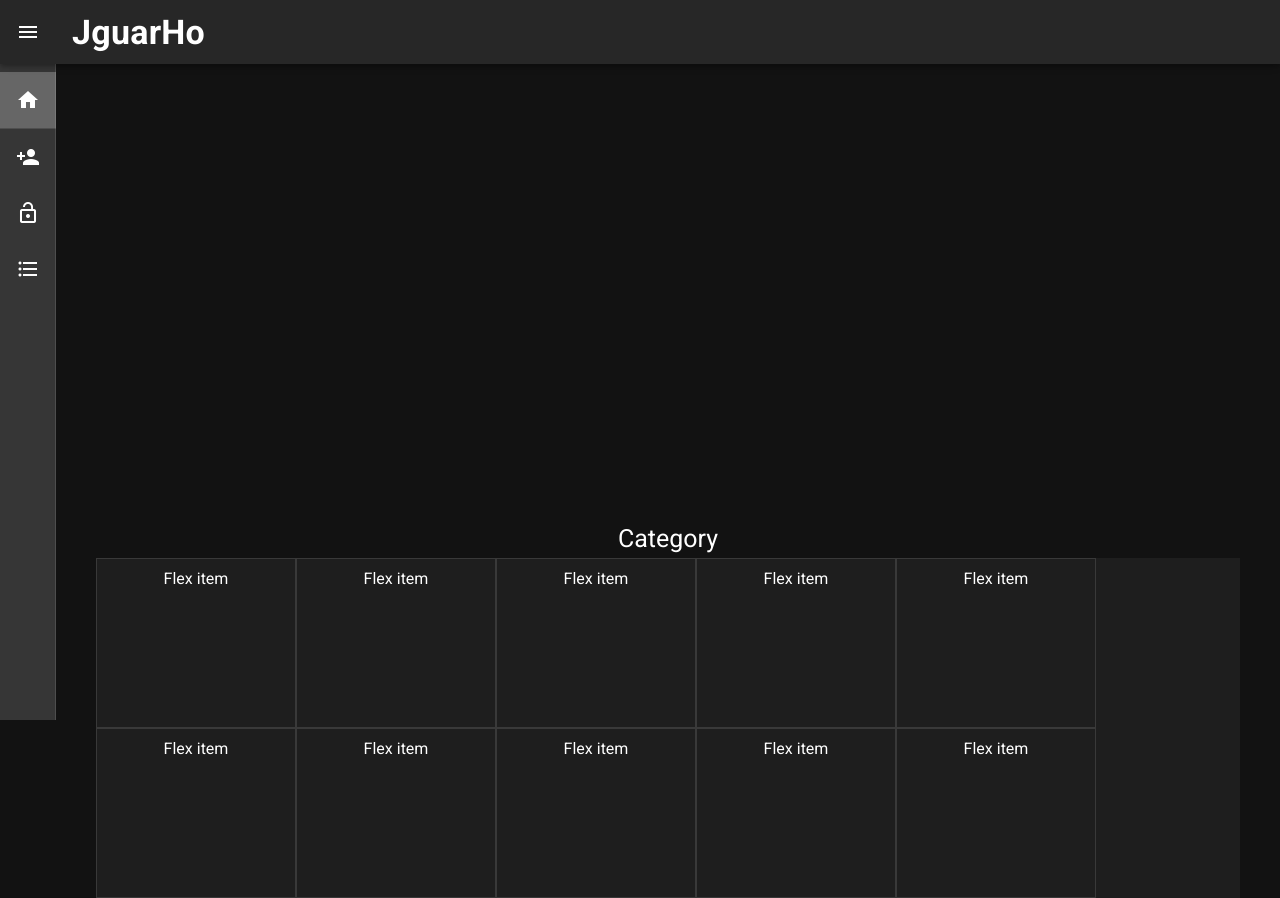
Repository: agent501/MRMS
Page: /
These files come from the project's save history. The page is drawn as it stood at one moment and after the next save; the edit follows.
The browser window is 1280 px wide. The pictures show the whole page.
The page's requests for data from a server got no answer. The project was rebuilt for these pictures with package versions that can differ from the ones it lists, and the page was loaded fresh each time. No one was signed in, and anything a server would have sent is missing. Also part of the build but not shown: vue.config.js, src/components/Product/products.vue, src/components/Product/product.vue, src/components/Product/createproduct.vue, src/components/User/signin.vue, src/components/User/signup.vue, src/components/User/profile.vue, src/components/Shared/Alert.vue and 2 more. Imported but missing from the stored project, and not drawn on this page: src/router/auth-guard.js.

Above is the page before, as saved 2020-08-05 11:20:42.

### src/main.js
import Vue from 'vue';
import App from './App.vue';
import router from './router';
import { store } from './store';
import alert from './components/Shared/Alert.vue';
import vuetify from './plugins/vuetify';
import { fb } from './components/firebase/firebase.js';
import * as firebase from 'firebase';
import editproductdiaglog from './components/Product/Edit/editproductdialog.vue';
import editprogressbar from './components/Product/Edit/editprogressbar.vue';

Vue.component('app-alert', alert);
Vue.component('app-edit-product', editproductdiaglog);
Vue.component('app-edit-progress', editprogressbar);

Vue.config.productionTip = false;

new Vue({
  router,
  store,
  vuetify,
  render: (h) => h(App),
  created() {
    fb;
    firebase.auth().onAuthStateChanged((user) => {
      if (user) {
        this.$store.dispatch('autosignin', user);
      }
    });
    this.$store.dispatch('loadProducts');
  },
}).$mount('#app');

### src/App.vue
<template>
  <v-app>
    <v-navigation-drawer v-model="drawer" :mini-variant.sync="mini" app clipped dense permanent>
      <v-list>
        <v-list-item to="/">
          <v-list-item-icon>
            <v-icon medium>home</v-icon>
          </v-list-item-icon>

          <v-list-item-content>
            <v-list-item-title>Home</v-list-item-title>
          </v-list-item-content>
        </v-list-item>

        <v-divider></v-divider>
        <v-list-item v-for="item in menuItems" :key="item.title" router :to="item.link">
          <v-list-item-icon>
            <v-icon medium>{{ item.icon }}</v-icon>
          </v-list-item-icon>

          <v-list-item-content>
            <v-list-item-title>{{ item.text }}</v-list-item-title>
          </v-list-item-content>
        </v-list-item>
        <v-list-item v-if="userIsAuthenticated || adminIsAuthenticated" @click="onLogout">
          <v-list-item-icon>
            <v-icon>exit_to_app</v-icon>
          </v-list-item-icon>
          <v-list-item-content>Logout</v-list-item-content>
        </v-list-item>
      </v-list>
    </v-navigation-drawer>

    <v-app-bar app clipped-left>
      <v-app-bar-nav-icon @click.stop="mini=!mini"></v-app-bar-nav-icon>
      <v-toolbar-title class="font-weight-bold display-1">
        <router-link to="/" tag="span" style="cursor:pointer">JguarHo</router-link>
      </v-toolbar-title>
    </v-app-bar>

    <!-- Page Content -->
    <v-content>
      <router-view></router-view>
    </v-content>

    <!-- <v-footer>
      <span>JguarHo &copy; Copyright Reserved</span>
    </v-footer>-->
  </v-app>
</template>

<script>
// import HelloWorld from './components/HelloWorld';

export default {
  name: 'App',

  components: {
    // HelloWorld,
  },
  props: {
    source: String
  },
  data: () => ({
    mini: true,
    drawer: true
    // items: [
    //   { icon: 'lock_open', text: 'Sign In', link: '/signin' },
    //   { icon: 'home', text: 'Home', link: '/' },
    //   { icon: 'list', text: 'All Products', link: '/products' },
    //   { icon: 'help_outline', text: 'About Us', link: '' }
    // ]
  }),
  computed: {
    menuItems() {
      let items = [
        { icon: 'person_add', text: 'Sign Up', link: '/signup' },
        { icon: 'lock_open', text: 'Sign In', link: '/signin' },

        {
          icon: 'format_list_bulleted',
          text: 'All Products',
          link: '/products'
        }
        // { icon: 'person', text: 'About Us', link: '' }
      ];
      if (this.adminIsAuthenticated) {
        items = [
          {
            icon: 'create_new_folder',
            text: 'Create Product',
            link: '/createproduct'
          },
          {
            icon: 'format_list_bulleted',
            text: 'All Products',
            link: '/products'
          },
          {
            icon: 'person',
            text: 'Profile',
            link: '/profile/' + this.adminIsAuthenticated.id
          }
        ];
      } else if (this.userIsAuthenticated) {
        items = [
          {
            icon: 'format_list_bulleted',
            text: 'All Products',
            link: '/products'
          },
          {
            icon: 'person',
            text: 'Profile',
            link: '/profile/' + this.userIsAuthenticated.id
          }
        ];
      }
      return items;
    },
    adminIsAuthenticated() {
      return (
        this.$store.getters.user !== null &&
        this.$store.getters.user !== undefined &&
        this.$store.getters.user.id === 'ktQMfIIbLQRTlySJDVzU9JbCF293' &&
        this.$store.getters.user
      );
    },
    userIsAuthenticated() {
      return (
        this.$store.getters.user !== null &&
        this.$store.getters.user !== undefined &&
        this.$store.getters.user
      );
    }
  },
  created() {
    this.$vuetify.theme.dark = true;
  },
  methods: {
    onLogout() {
      this.$store.dispatch('logout');
      this.$router.push('/');
    }
  }
};
</script>

### src/router/index.js
import Vue from 'vue';
import VueRouter from 'vue-router';
import home from '../components/Home.vue';
import products from '../components/Product/products.vue';
import product from '../components/Product/product.vue';
import createproduct from '../components/Product/createproduct.vue';
import signin from '../components/User/signin.vue';
import signup from '../components/User/signup.vue';
import profile from '../components/User/profile.vue';
import AuthGuard from '../router/auth-guard.js';

Vue.use(VueRouter);

export default new VueRouter({
  mode: 'history',
  routes: [
    { path: '/', name: 'home', component: home },
    { path: '/products', name: 'products', component: products },
    {
      path: '/createproduct',
      name: 'createproduct',
      component: createproduct,
      beforeEnter: AuthGuard,
    },
    { path: '/signin', name: 'signin', component: signin },
    { path: '/signup', name: 'signup', component: signup },
    {
      path: '/profile/:id',
      name: 'profile',
      component: profile,
      beforeEnter: AuthGuard,
    },
    {
      path: '/products/:id',
      name: 'product',
      props: true,
      component: product,
    },
  ],
});

### src/store/index.js
import Vue from 'vue';
import Vuex from 'vuex';

import product from './product';
import user from './user';
import shared from './shared';

Vue.use(Vuex);

export const store = new Vuex.Store({
  modules: {
    product: product,
    user: user,
    shared: shared,
  },
});

### src/plugins/vuetify.js
import Vue from 'vue';
import Vuetify from 'vuetify/lib';
import '@mdi/font/css/materialdesignicons.css'; //
import 'material-design-icons-iconfont/dist/material-design-icons.css';

Vue.use(Vuetify);

export default new Vuetify({
  icons: {
    iconfont: 'mdi',
  },
});

### src/components/firebase/firebase.js
import firebase from 'firebase/app';
import 'firebase/firestore';
import 'firebase/storage';

var firebaseConfig = {
  apiKey: 'AIzaSyBJdvJyA-ac-dO3JYy-4WKY7wIkma-Y1fI',
  authDomain: 'mrms-2ae69.firebaseapp.com',
  databaseURL: 'https://mrms-2ae69.firebaseio.com',
  projectId: 'mrms-2ae69',
  storageBucket: 'mrms-2ae69.appspot.com',
  messagingSenderId: '287673096935',
  appId: '1:287673096935:web:7f7f75dea0b5657353e042',
  measurementId: 'G-EKPLN37GXX',
};

export const fb = firebase.initializeApp(firebaseConfig);

### src/components/Home.vue
<template>
  <div class="mx-10" style="max-width:1800px">
    <v-layout>
      <v-flex xs12 class="text-xs-center" v-if="!loading">
        <v-progress-circular
          indeterminate
          class="primary--text"
          :width="7"
          :size="70"
          v-if="loading"
        ></v-progress-circular>
      </v-flex>
    </v-layout>

    <v-carousel
      cycle
      class="mt-4"
      height="400"
      hide-delimiters
      show-arrows-on-hover
      width="100%"
      style="cursor:pointer"
    >
      <v-carousel-item
        v-for="product in products"
        :key="product.id"
        @click="onLoadProduct(product.id)"
      >
        <div class="text-right">
          <span class="title">{{ product.name }}</span>
        </div>
        <img :src="product.featureimage" style="height: 100%; width: 100%; object-fit: contain" />
      </v-carousel-item>
    </v-carousel>

    <div>
      <div class="mt-10 text-center" style="font-size:25px">Category</div>
      <div>
        <v-card class="d-flex flex-wrap text-center" width="1200" flat tile>
          <v-card
            v-for="n in 10"
            :key="n"
            class="pa-2"
            width="200"
            height="170"
            outlined
            tile
          >Flex item</v-card>
        </v-card>
      </div>
    </div>
  </div>
</template>

<script>
export default {
  // data: () => ({
  //   images: [
  //     {
  //       src: 'https://cdn.vuetifyjs.com/images/carousel/squirrel.jpg',
  //       title: 'image1asdasdasdsadasdasdsadasdasd',
  //       id: 'asdad123'
  //     },
  //     {
  //       src: 'https://cdn.vuetifyjs.com/images/carousel/sky.jpg',
  //       title: 'image2',
  //       id: 'asdasd1223'
  //     },
  //     {
  //       src: 'https://cdn.vuetifyjs.com/images/carousel/bird.jpg',
  //       title: 'image3',
  //       id: 'asdad13223'
  //     },
  //     {
  //       src: 'https://cdn.vuetifyjs.com/images/carousel/planet.jpg',
  //       title: 'image4',
  //       id: 'asdaasd1123'
  //     }
  //   ]
  // }),
  computed: {
    products() {
      return this.$store.getters.featuredProducts;
    },
    loading() {
      return this.$store.getters.loading;
    },
  },
  methods: {
    onLoadProduct(id) {
      this.$router.push('/products/' + id);
    },
  },
};
</script>

<style scoped>
.title {
  background-color: rgba(235, 235, 235, 0.897);
  color: black;

  padding: 10px 30px;
}
</style>

### src/store/product/index.js
import * as firebase from 'firebase';

export default {
  state: {
    loadedProducts: [],
  },
  mutations: {
    createProduct(state, payload) {
      state.loadedProducts.push(payload);
    },
    setLoadedProducts(state, payload) {
      state.loadedProducts = payload;
    },
    updateProduct(state, payload) {
      const product = state.loadedProducts.find((product) => {
        return product.id === payload.id;
      });
      if (payload.name) {
        product.name = payload.name;
      }
      if (payload.description) {
        product.description = payload.description;
      }
      if (payload.earningperunit) {
        product.earningperunit = payload.earningperunit;
      }
      if (payload.investmentperunit) {
        product.investmentperunit = payload.investmentperunit;
      }
    },
    updateProgress(state, payload) {
      const product = state.loadedProducts.find((product) => {
        return product.id === payload.id;
      });
      if (payload.productprogressbar) {
        product.productprogressbar = payload.productprogressbar;
      }
    },
    deleteProduct(state, payload) {
      const registeredProducts = state.loadedProducts;
      registeredProducts.splice(
        registeredProducts.findIndex((product) => product.id === payload),
        1
      );
      // Reflect.deleteProperty(state.user.fbKeys,payload)
    },
  },
  actions: {
    loadProducts({ commit }) {
      commit('setLoading', true);
      firebase
        .database()
        .ref('products')
        .once('value')
        .then((data) => {
          const products = [];
          const obj = data.val();
          for (let key in obj) {
            products.push({
              id: key,
              name: obj[key].name,
              description: obj[key].description,
              investmentperunit: obj[key].investmentperunit,
              earningperunit: obj[key].earningperunit,
              creatorId: obj[key].creatorId,
              productimage: obj[key].productimage,
              productprogressbar: obj[key].productprogressbar,
              featureimage: obj[key].productimage[0],
            });
          }
          commit('setLoadedProducts', products);
          commit('setLoading', false);
        })
        .catch((error) => {
          console.log(error);
          commit('setLoading', true);
        });
    },
    deleteProduct({ commit }, payload) {
      const productId = payload;
      console.log(productId);
      firebase
        .database()
        .ref('products')
        .child(productId)
        .remove()
        .then(function () {
          // File deleted successfully

          console.log('success');
        })
        .catch(function (error) {
          // Uh-oh, an error occurred!
          console.log(error);
        });
      commit('deleteProduct', payload);
    },
    createProduct({ commit, getters }, payload) {
      const product = {
        name: payload.name,
        description: payload.description,
        investmentperunit: payload.investmentperunit,
        earningperunit: payload.earningperunit,
        productimage: payload.productimage,
        productprogressbar: payload.productprogressbar,
        creatorId: getters.user.id,
      };
      let key;
      firebase
        .database()
        .ref('products')
        .push(product)
        .then((data) => {
          //specific product id
          key = data.key;
          commit('createProduct', { ...product, id: key });
          // return key
        });
    },
    updateproductdata({ commit }, payload) {
      commit('loading', true);
      const updateObj = {};
      if (payload.name) {
        updateObj.name = payload.name;
      }
      if (payload.desscription) {
        updateObj.description = payload.desscription;
      }
      if (payload.earningperunit) {
        updateObj.earningperunit = payload.earningperunit;
      }
      if (payload.investmentperunit) {
        updateObj.investmentperunit = payload.investmentperunit;
      }
      firebase
        .database()
        .ref('products')
        .child(payload.id)
        .update(updateObj)
        .then(() => {
          commit('setLoading', false);
          commit('updateProduct', payload);
        })
        .catch((error) => {
          console.log(error);
          commit('setLoading', false);
        });
    },
    updateprogressdata({ commit }, payload) {
      commit('loading', true);
      const updateObj = {};
      if (payload.productprogressbar) {
        updateObj.productprogressbar = payload.productprogressbar;
      }

      firebase
        .database()
        .ref('products')
        .child(payload.id)
        .update(updateObj)
        .then(() => {
          commit('setLoading', false);
          commit('updateProgress', payload);
        })
        .catch((error) => {
          console.log(error);
          commit('setLoading', false);
        });
    },
  },
  getters: {
    loadedProducts(state) {
      return state.loadedProducts.sort((productA, productB) => {
        return productA.date > productB.date;
      });
    },
    featuredProducts(state, getters) {
      return getters.loadedProducts.slice(0, 5);
    },
    loadedProduct(state) {
      return (productId) => {
        return state.loadedProducts.find((product) => {
          return product.id === productId;
        });
      };
    },
  },
  modules: {},
};

### src/store/shared/index.js
export default {
  state: {
    loading: false,
    error: null,
  },
  mutations: {
    setLoading(state, payload) {
      state.loading = payload;
    },
    // change the of status error in state
    setError(state, payload) {
      state.error = payload;
    },
    // change the status of error back to null
    clearError(state) {
      state.error = null;
    },
  },
  actions: {
    clearError({ commit }) {
      commit('clearError');
    },
  },
  getters: {
    error(state) {
      return state.error;
    },
    loading(state) {
      return state.loading;
    },
  },
};

Loaded but not shown: public/index.html (common file); src/store/user/index.js (213 lines, source omitted)

After the next save:
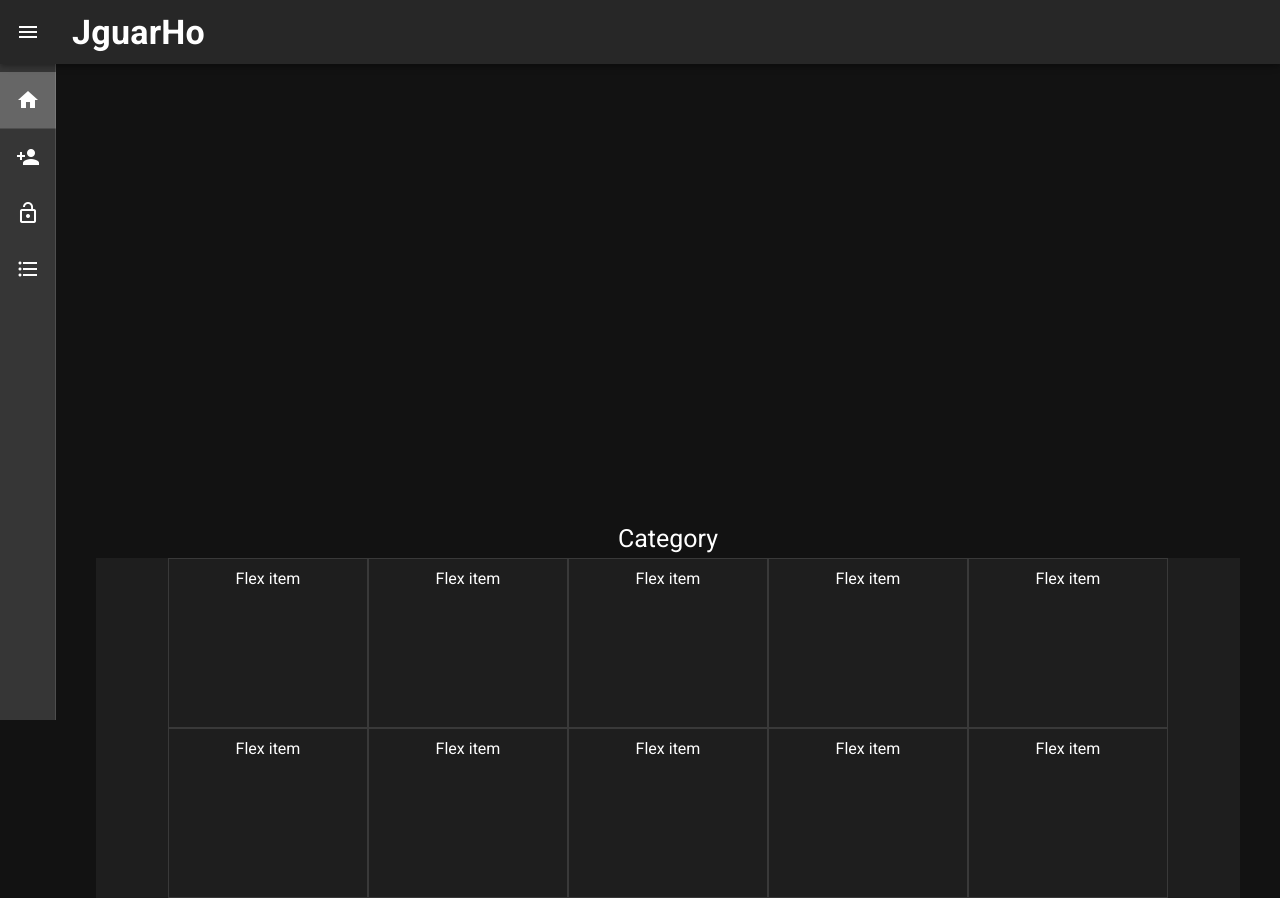
Saved 89 s later.
--- a/src/components/Home.vue
+++ b/src/components/Home.vue
@@ -36,7 +36,7 @@
     <div>
       <div class="mt-10 text-center" style="font-size:25px">Category</div>
       <div>
-        <v-card class="d-flex flex-wrap text-center" width="1200" flat tile>
+        <v-card class="d-flex flex-wrap text-center justify-center" width="1200" flat tile>
           <v-card
             v-for="n in 10"
             :key="n"

After the save that followed:
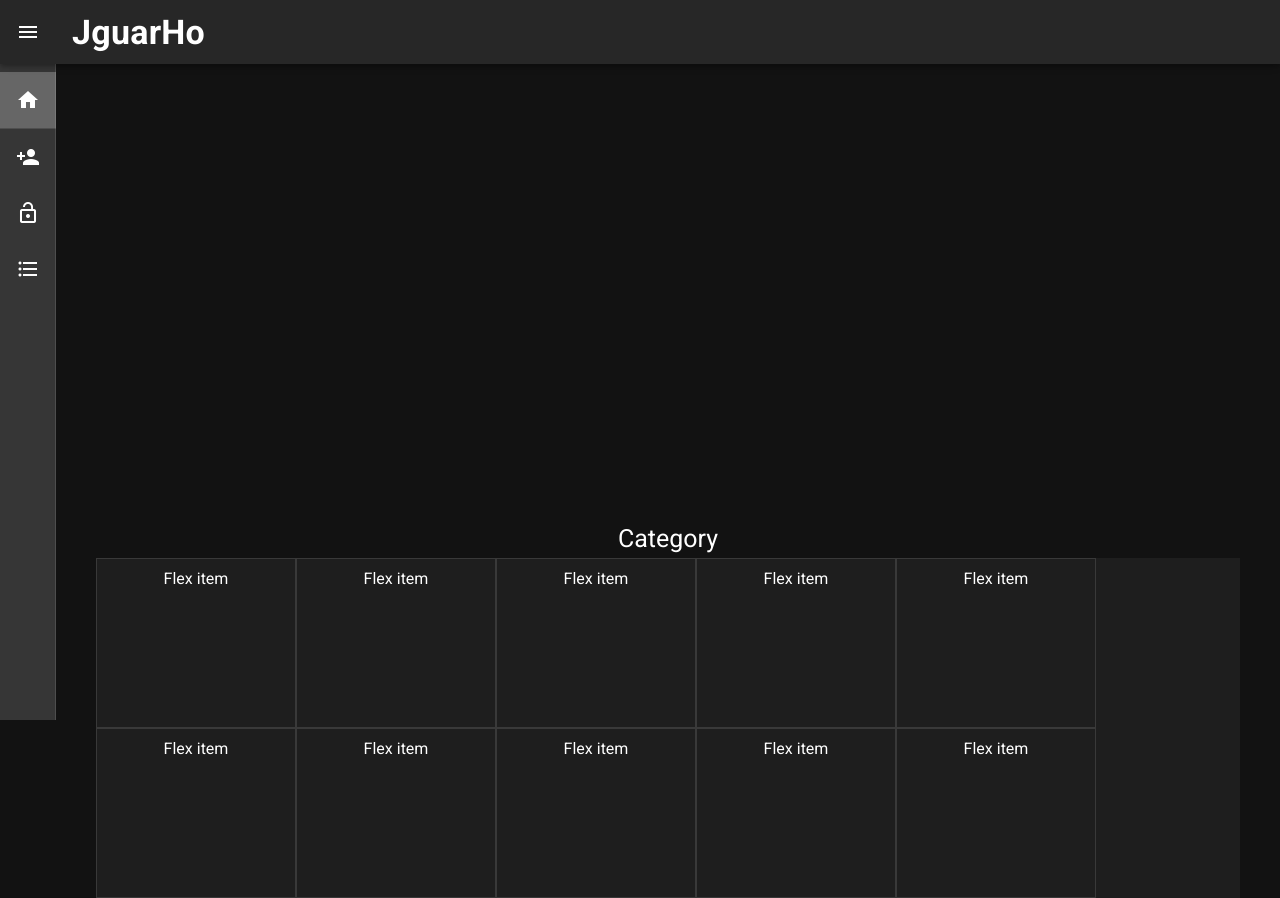
Saved 10 s later.
--- a/src/components/Home.vue
+++ b/src/components/Home.vue
@@ -36,7 +36,7 @@
     <div>
       <div class="mt-10 text-center" style="font-size:25px">Category</div>
       <div>
-        <v-card class="d-flex flex-wrap text-center justify-center" width="1200" flat tile>
+        <v-card class="d-flex flex-wrap text-center" width="1200" flat tile>
           <v-card
             v-for="n in 10"
             :key="n"
